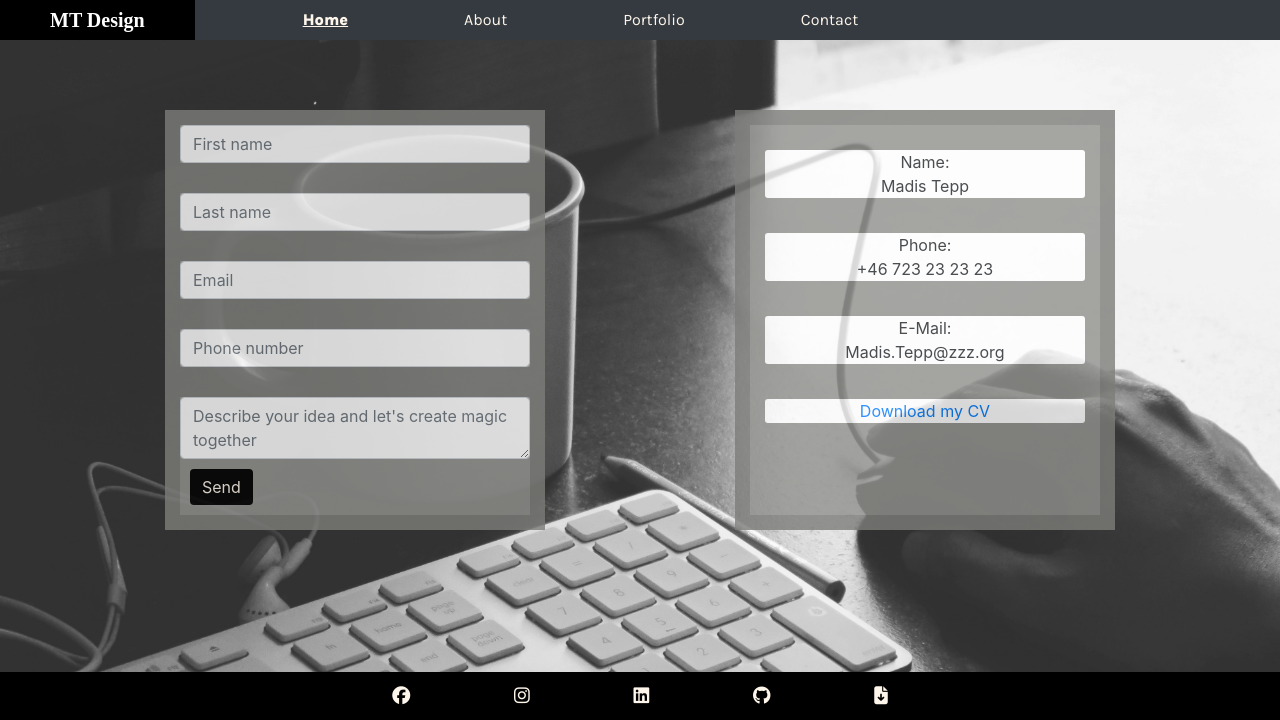
Repository: teppm/personal-portfolio
Page: contact.html
The author's editor kept a record of every edit. The page is drawn from the files as they stood at one moment, then again after the next edit.
The browser window is 1280 px wide. The pictures show the whole page.
Some web libraries are served in a nearby version.

Above is the page before.

### contact.html
<!DOCTYPE html>
<html lang="en">

<head>
    <meta charset="UTF-8">
    <meta name="viewport" content="width=device-width, initial-scale=1.0, shrink-to-fit=no">
    <meta http-equiv="X-UA-Compatible" content="ie=edge">
    <link rel="stylesheet " href="https://stackpath.bootstrapcdn.com/bootstrap/4.3.1/css/bootstrap.min.css" integrity="sha384-ggOyR0iXCbMQv3Xipma34MD+dH/1fQ784/j6cY/iJTQUOhcWr7x9JvoRxT2MZw1T" crossorigin="anonymous">
    <link href="https://fonts.googleapis.com/css?family=Karla:200,200i,400,400i,700,700i,800,800i&display=swap" rel="stylesheet">
    <link rel="stylesheet" href="assets/css/style.css" type="text/css" />
    <title>Madis Tepp</title>
</head>


<body>

<!--navbar-->

<nav class="navbar navbar-expand-lg fixed-top navbar-dark bg-dark">
    <a class="navbar-brand" href="index.html">MT Design</a>
    <button class="navbar-toggler" type="button" data-toggle="collapse" data-target="#navbarSupportedContent" aria-controls="navbarSupportedContent" aria-expanded="false" aria-label="Toggle navigation">
    <span class="navbar-toggler-icon"></span>
    </button>

    <div class="collapse navbar-collapse" id="navbarSupportedContent">
        <ul class="navbar-nav mr-auto">
            <li class="nav-item  active">
                <a class="nav-link" href="index.html">Home<span class="sr-only">(current)</span></a>
            </li>
            <li class="nav-item ">
                <a class="nav-link" href="aboutme.html">About</a>
            </li>
            <li class="nav-item">
                <a class="nav-link" href="portfolio.html">Portfolio</a>
            </li>
            <li class="nav-item">
                <a class="nav-link" href="contact.html">Contact</a>
            </li>
        </ul>
    </div>
</nav>

<!--navbar end-->
<main>
    <div class="container">
        <div class="row justify-content-around">


            <!--contact form-->


            <div class="col-lg-4 col-sm-12 form-style">
                <form>
                    <div class="contact-page-style">
                        <input type="text" class="form-control" placeholder="First name" required>
                    </div>
                    <div class="contact-page-style">
                        <input type="text" class="form-control" placeholder="Last name" required>
                    </div>
                    <div class="contact-page-style">

                        <input type="email" class="form-control" placeholder="Email" required>
                    </div>
                    <div class="contact-page-style">
                        <input type="tel" class="form-control" placeholder="Phone number" required>
                    </div>
                    <div class="contact-page-style">
                        <textarea class="form-control" placeholder="Describe your idea and let's create magic together" required></textarea>
                        <button class="btn btn-primary" type="submit">Send</button>
                    </div>
                </form>
            </div>

            <!--contact form end-->


            <!--contact details-->

            <div class="col-lg-4 col-sm-12 contact-page-style contact-details-style">
                <ul class="contact-list">
                        <li class="contact-details">Name: <br>Madis Tepp</li>
                        <li class="contact-details">Phone: <br>+46 723 23 23 23</li>
                        <li class="contact-details">E-Mail: <br>Madis.Tepp@zzz.org</li>
                    <div class="contact-details">
                        <a  class="contact-details" href="assets/images/Madis_Tepp_CV_2019.docx" target="_blank" class="download-resume">Download my CV</a>
                    </div>
                </ul>
            </div>

            <!--contact details end-->

        </div>
    </div>
</main>

<!--footer section starts here-->


    <footer class="footer fixed-bottom container-fluid">
        <a href="https://www.facebook.com/madis.tepp" target="_blank" title="Visit my Facebook pages"><i class="fab fa-facebook social-links"></i></a>
        <span class="sr-only ">Facebook</span>
        <a href="https://www.instagram.com/teppm/" target="_blank" title="Visit my Instagram account"><i class="fab fa-instagram social-links"></i></a>
        <span class="sr-only ">Instagram</span>
        <a href="https://www.linkedin.com/in/madis-tepp-1a0283b1/" target="_blank" title="Visit my Linkedin account"><i class="fab fa-linkedin social-links"></i></a>
        <span class="sr-only ">Linkedin</span>
        <a href="https://github.com/teppm " target="_blank" title="Visit my GitHub account"><i class="fab fa-github social-links"></i></a>
        <span class="sr-only ">GitHub</span>
        <a href="assets/images/Madis_Tepp_CV_2019.docx" target="_blank" title="Download my resume"><i class="fas fa-file-download social-links"></i></a>
        <span class="sr-only">Resume</span>
    </footer>


<!--footer section ends-->


<!--scrips-->

    <script src="https://code.jquery.com/jquery-3.2.1.slim.min.js" integrity="sha384-KJ3o2DKtIkvYIK3UENzmM7KCkRr/rE9/Qpg6aAZGJwFDMVNA/GpGFF93hXpG5KkN" crossorigin="anonymous"></script>
    <script src="https://cdnjs.cloudflare.com/ajax/libs/popper.js/1.12.9/umd/popper.min.js" integrity="sha384-ApNbgh9B+Y1QKtv3Rn7W3mgPxhU9K/ScQsAP7hUibX39j7fakFPskvXusvfa0b4Q" crossorigin="anonymous"></script>
    <script src="https://maxcdn.bootstrapcdn.com/bootstrap/4.0.0/js/bootstrap.min.js" integrity="sha384-JZR6Spejh4U02d8jOt6vLEHfe/JQGiRRSQQxSfFWpi1MquVdAyjUar5+76PVCmYl" crossorigin="anonymous"></script>
    <script src="https://kit.fontawesome.com/adecd2bab8.js"></script>
</body>
</html>

### assets/css/style.css
/*----------------------------html*/

html {
    background-image: url("../images/rayi-christian-wicaksono-6PF6DaiWz48-unsplash.jpg");
    background-repeat: no-repeat;
    background-color: black;
    background-size: cover;
    min-width: 100%;
    min-height: 100%;
    overflow-y: auto;



}

/*---------------------------------body*/

body {

    background-color: transparent;
    padding-bottom: 60px;
    padding-top: 60px;
}


/*---------------------------------navbar*/

.navbar {
    font-family: "Karla", sans-serif;
    font-weight: bolder;
    color: #FEF6EA;
    padding: 0px;
}



.navbar-dark .navbar-nav .nav-link {
    color: #FEF6EA;
    font-weight: normal;
}

.navbar-dark .navbar-nav .nav-link:hover {
    color: #E8FF00;
}

.navbar-dark .navbar-nav .active>.nav-link {
    color: #FEF6EA;
    font-weight: bolder;
    text-decoration: underline;

}

.navbar-dark>.navbar-brand {
    background-color: #000000;
    margin-right: 50px;
    padding-right: 50px;
    padding-left: 50px;
    color: #E8FF00;
    font-family: "Caveat", cursive;

}

.nav-link {
    margin: 0px 50px 0px 50px;
}
.navbar.navbar-expand-lg.fixed-top.navbar-dark {
    background-color: #000000;
}


/*----------------------------------index.html page content*/

.index-text-style {
    color: #FEF6EA;
    text-align: center;
    background-color: #91918E;
    opacity: 0.8;
    border: 15px solid #7D7D7A;
    margin: 0px 15px 0px 15px;
}

.embed-responsive {
    width: 70%;
    opacity: 0.9;
}


/*--------------------------------------about.html page content*/

.about,
.skills,
.work-history {
    background-color: #91918E;
    border: 15px solid #7D7D7A;
    padding-bottom: 25px;
    padding-top: 25px;
    opacity: 0.8;
    margin: 0px 15px 0px 15px;
    color: #FEF6EA;




}

.about-image {
    width: 100%;
    height: 100%;
    border: 15px solid #7D7D7A;



}

.about-image-container {
    padding-left: 0px;
    padding-right: 0px;
    margin: 0px 15px 0px 15px;

}



.work-history-style {
    padding-left: 0px;
}

.about-me-p {
    margin: 0px;
    font-size: small;
    text-align: left;
    color: #FEF6EA;

}

.progress {
    background-color: #5e6164;
}

.progress-bar {
    background-color: #000000;
}

h4 {
    text-decoration: underline;
}

h6 {
    margin-top: 10px;
    margin-bottom: 0px;
}

/*---------------------------------portfolio page content*/

.works-done {
    background-color: #91918E;
    border: 15px solid #7D7D7A;
    opacity: 0.8;
    font-size: small;
    padding-bottom: 70px;
    margin: 0px 15px 0px 15px;


}

.portfolio-p {
    margin-top: 15px;
    text-align: center;
    color: #FEF6EA;

}

.portfolio-image {
    width: 100%;
    height: 100%;
    padding-bottom: 35px;
}

.portfolio-heading {
    margin-bottom: 50px;
    color: #FEF6EA;
    text-align: center;
}

/*---------------------------------contact page content*/

.contact-page-style {
    background-color: #91918E;
    border: 15px solid #7D7D7A;
    opacity: 0.8;


}

.contact-p {
    background-color: #91918E;
    text-align: center;
    font-weight: bold;
    opacity: 0.8;
    color: #FEF6EA;
}


.btn {
    background-color: black;
    border: 15px black;
    color: #FEF6EA;
    margin: 10px;
}

.btn:hover {
    color: #960A03;
    background-color: black;
}

.btn:visited {
    color: #960A03;
    color: #E8FF00;
}

.contact-details {
    background-color: white;
    margin-top: 25px;
    margin-bottom: 35px;
    text-align: center;
    border-radius: 3px;
}

.download-resume {
    color: #FEF6EA;
    font-size: larger;
    background-color: black;
    width: 100%;


}

.download-resume:hover {
    text-decoration: none;
    color: #E8FF00;
}

.contact-list {
    padding-left: 0px;

}

.form-style {
    padding:0px;

}


/*---------------------------------footer*/

.social-links {
    color: #FEF6EA;
    font-size: large;
    transition: all;
    transition-timing-function: ease-in-out;
    margin: 15px 50px 15px 50px;


}

.social-links:hover {
    color: #E8FF00;
    text-decoration: none;


}

.footer {
    font-family: "Karla", sans-serif;
    text-align: center;
    bottom: 0px;
    background-color: #000000;

}


/*--------------------------------------list*/

li {
    list-style-type: none;
    text-align: center;
}





/*--------------------------------------img-fluid*/

.img-fluid {
    max-width: 100%;
    height: auto;
}




/*------------------------------------------container*/

.container {

    margin-top: 50px;

}



/*----------------------------------------------media query--*/

@media (max-width:767px) {
    .social-links {
        margin: 15px;
    }

}

@media (max-width:1024px) {
    .works-done {
        padding-bottom: 100px;

    }

    .contact-details-style {
        margin-left: 15px;
        margin-right: 15px;

    }

    .embed-responsive {
        width: 90%;
    }
}

@media (max-with:576px) {
     .form-style {
         padding-left:15px;
        padding-right: 15px;

}
}

After the next edit:
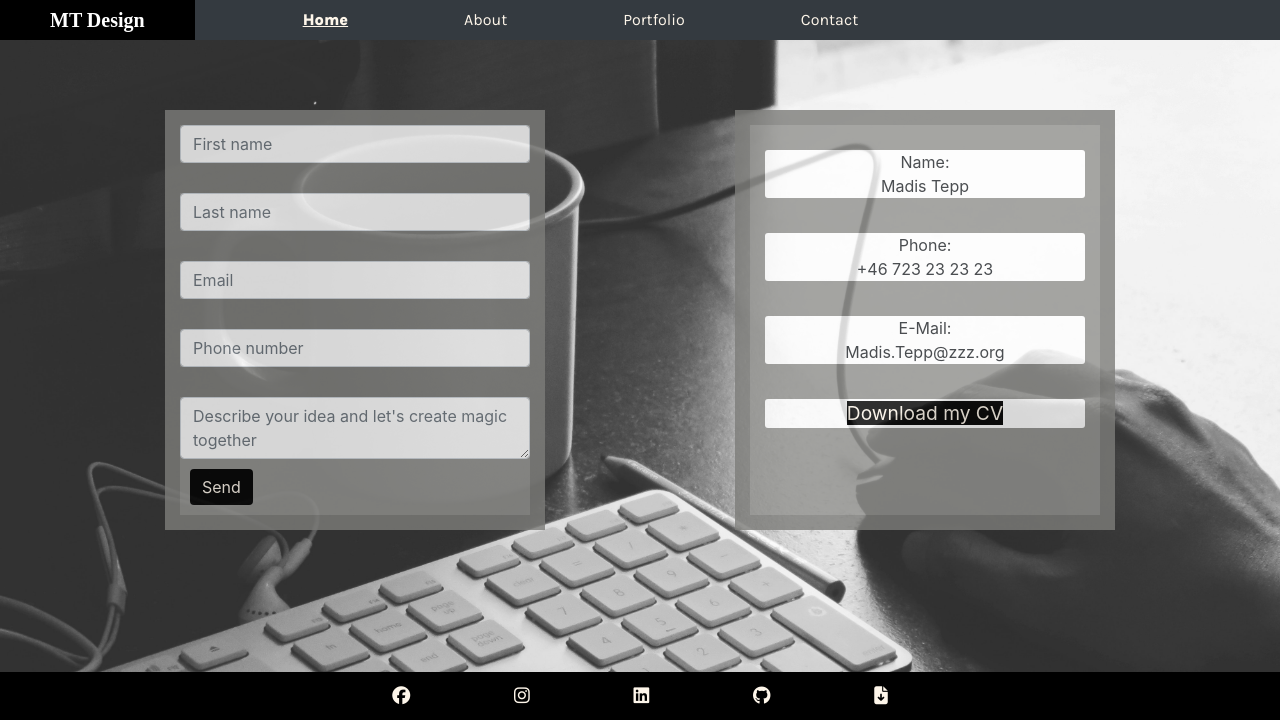
The edit:
--- a/contact.html
+++ b/contact.html
@@ -81,10 +81,10 @@
                         <li class="contact-details">Name: <br>Madis Tepp</li>
                         <li class="contact-details">Phone: <br>+46 723 23 23 23</li>
                         <li class="contact-details">E-Mail: <br>Madis.Tepp@zzz.org</li>
+                </ul>
                     <div class="contact-details">
-                        <a  class="contact-details" href="assets/images/Madis_Tepp_CV_2019.docx" target="_blank" class="download-resume">Download my CV</a>
+                        <a  href="assets/images/Madis_Tepp_CV_2019.docx" target="_blank" class="download-resume">Download my CV</a>
                     </div>
-                </ul>
             </div>
 
             <!--contact details end-->
